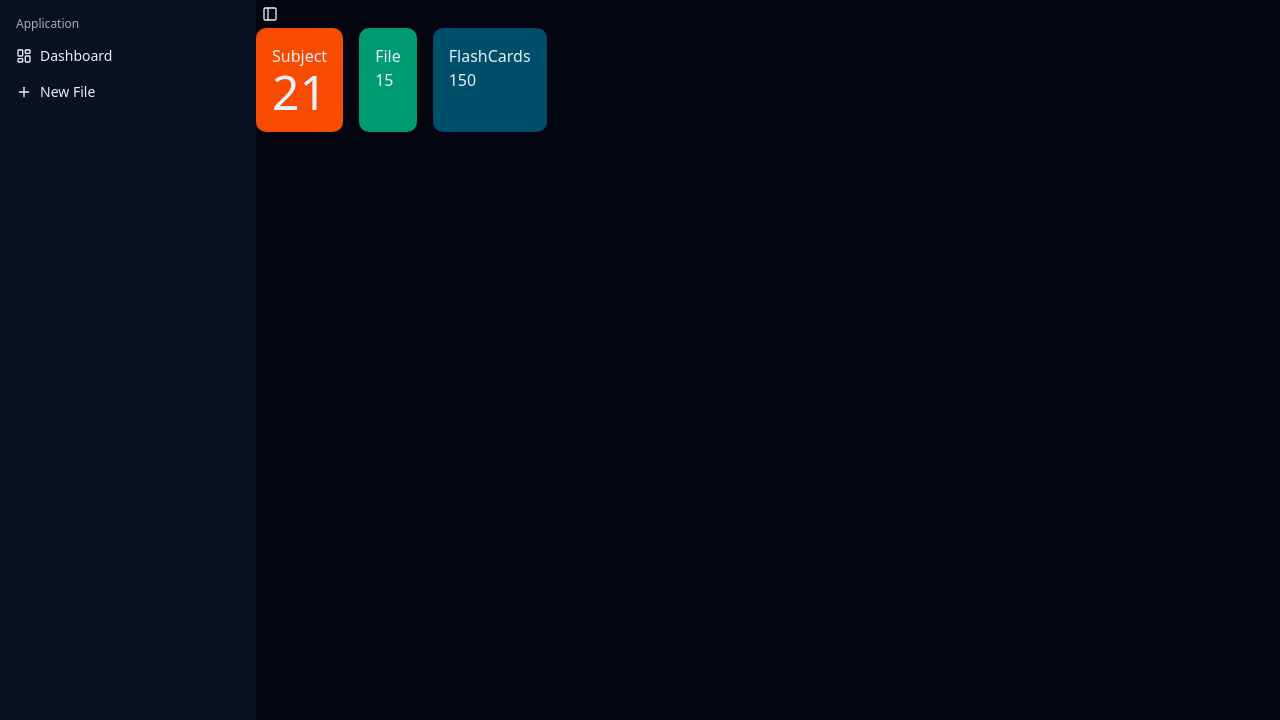
Repository: SywarDer/Student-Assistance
Page: /dashboard (app in student-assistant/)
An editor plug-in stored every save of this project. The page is shown before and after the next save, followed by the edit.
The browser window is 1280 px wide. The pictures show the whole page.
The project was rebuilt for these pictures with package versions that can differ from the ones it lists, and the page was loaded fresh each time. The framework's server and built-in components were replaced by stand-ins that run in the browser. Also part of the build but not shown: student-assistant/next.config.ts, student-assistant/components/ui/input.tsx, student-assistant/components/ui/separator.tsx, student-assistant/components/ui/skeleton.tsx. Imported but missing from the stored project, and not drawn on this page: student-assistant/components/ui/sheet.

Above is the page before, as saved 2025-10-30 19:53:57.

### student-assistant/app/layout.tsx
import type { Metadata } from "next";
import { Geist, Geist_Mono } from "next/font/google";
import "./globals.css";
import { SidebarProvider, SidebarTrigger } from "@/components/ui/sidebar";
import { AppSidebar } from "./home/components/navBar";

const geistSans = Geist({
  variable: "--font-geist-sans",
  subsets: ["latin"],
});

const geistMono = Geist_Mono({
  variable: "--font-geist-mono",
  subsets: ["latin"],
});

export const metadata: Metadata = {
  title: "Create Next App",
  description: "Generated by create next app",
};

export default function RootLayout({
children,
}: Readonly<{
  children: React.ReactNode;
}>) {
  return (
    <html lang="en">
      <body
        className={`${geistSans.variable} ${geistMono.variable} antialiased`}
      >
        <SidebarProvider>
      <AppSidebar />
      <main>
        <SidebarTrigger />
        {children}
         </main>
    </SidebarProvider>
      </body>
    </html>
  );
}

### student-assistant/app/dashboard/page.tsx
export default function Dashboard() {
    return (

        <div className="flex space-x-4">
            <div className="rounded-lg p-4" style={{
                backgroundColor: "var(--chart-1)",
                color: "var(--card-foreground)",
            }}>
                <h1 className="">Subject</h1>
                <h1 className="text-5xl">21</h1>
            </div>
            <div className="rounded-lg p-4" style={{
                backgroundColor: "var(--chart-2)",
                color: "var(--card-foreground)",
            }}>
                <h1>File</h1>
                <h1>15</h1>
            </div>
            <div className="rounded-lg p-4" style={{
                backgroundColor: "var(--chart-3)",
                color: "var(--card-foreground)",
            }}>
                <h1>FlashCards</h1>
                <h1>150</h1>
            </div>
        </div>

    )
}

### student-assistant/app/globals.css
@import "tailwindcss";
@import "tw-animate-css";

@custom-variant dark (&:is(.dark *));

@theme inline {
  --color-background: var(--background);
  --color-foreground: var(--foreground);
  --font-sans: var(--font-geist-sans);
  --font-mono: var(--font-geist-mono);
  --color-sidebar-ring: var(--sidebar-ring);
  --color-sidebar-border: var(--sidebar-border);
  --color-sidebar-accent-foreground: var(--sidebar-accent-foreground);
  --color-sidebar-accent: var(--sidebar-accent);
  --color-sidebar-primary-foreground: var(--sidebar-primary-foreground);
  --color-sidebar-primary: var(--sidebar-primary);
  --color-sidebar-foreground: var(--sidebar-foreground);
  --color-sidebar: var(--sidebar);
  --color-chart-5: var(--chart-5);
  --color-chart-4: var(--chart-4);
  --color-chart-3: var(--chart-3);
  --color-chart-2: var(--chart-2);
  --color-chart-1: var(--chart-1);
  --color-ring: var(--ring);
  --color-input: var(--input);
  --color-border: var(--border);
  --color-destructive: var(--destructive);
  --color-accent-foreground: var(--accent-foreground);
  --color-accent: var(--accent);
  --color-muted-foreground: var(--muted-foreground);
  --color-muted: var(--muted);
  --color-secondary-foreground: var(--secondary-foreground);
  --color-secondary: var(--secondary);
  --color-primary-foreground: var(--primary-foreground);
  --color-primary: var(--primary);
  --color-popover-foreground: var(--popover-foreground);
  --color-popover: var(--popover);
  --color-card-foreground: var(--card-foreground);
  --color-card: var(--card);
  --radius-sm: calc(var(--radius) - 4px);
  --radius-md: calc(var(--radius) - 2px);
  --radius-lg: var(--radius);
  --radius-xl: calc(var(--radius) + 4px);
}

:root {
  --radius: 0.625rem;

  /* Base dark background & text */
  --background: oklch(0.12 0.03 270);        /* Dark gray-blue */
  --foreground: oklch(0.95 0.02 260);        /* Soft white */

  /* Cards & popovers */
  --card: oklch(0.18 0.04 270);              /* Slightly lighter than background */
  --card-foreground: var(--foreground);
  --popover: oklch(0.18 0.04 270);
  --popover-foreground: var(--foreground);

  /* Primary & secondary */
  --primary: oklch(0.6 0.12 260);            /* Deep blue */
  --primary-foreground: var(--foreground);
  --secondary: oklch(0.45 0.08 280);         /* Soft purple */
  --secondary-foreground: var(--foreground);

  /* Muted & accents */
  --muted: oklch(0.2 0.03 270);
  --muted-foreground: oklch(0.7 0.02 260);
  --accent: oklch(0.65 0.15 350);            /* Magenta/pinkish accent */
  --accent-foreground: var(--foreground);

  /* Destructive actions */
  --destructive: oklch(0.6 0.25 30);         /* Dark red */
  --border: oklch(0.3 0.02 270 / 40%);
  --input: oklch(0.15 0.03 270);             /* Slightly darker than card */
  --ring: oklch(0.5 0.03 270);

  /* Charts */
  --chart-1: oklch(0.65 0.22 40);
  --chart-2: oklch(0.6 0.15 170);
  --chart-3: oklch(0.4 0.08 230);
  --chart-4: oklch(0.6 0.18 300);
  --chart-5: oklch(0.55 0.2 50);

  /* Sidebar */
  --sidebar: oklch(0.18 0.04 270);
  --sidebar-foreground: var(--foreground);
  --sidebar-primary: var(--primary);
  --sidebar-primary-foreground: var(--foreground);
  --sidebar-accent: var(--accent);
  --sidebar-accent-foreground: var(--foreground);
  --sidebar-border: oklch(0.3 0.02 270 / 40%);
  --sidebar-ring: oklch(0.5 0.03 270);
}

/* Optional light mode toggle */
.light {
  --background: oklch(0.98 0.02 260);       /* Light gray */
  --foreground: oklch(0.12 0.03 270);       /* Dark text */

  --card: oklch(0.99 0.03 260);
  --card-foreground: var(--foreground);
  --popover: oklch(0.99 0.03 260);
  --popover-foreground: var(--foreground);

  --primary: oklch(0.2 0.05 260);
  --primary-foreground: var(--foreground);
  --secondary: oklch(0.5 0.1 280);
  --secondary-foreground: var(--foreground);

  --muted: oklch(0.85 0.03 270);
  --muted-foreground: oklch(0.35 0.02 260);
  --accent: oklch(0.8 0.2 350);
  --accent-foreground: var(--foreground);

  --destructive: oklch(0.9 0.25 30);
  --border: oklch(0.8 0.02 270 / 30%);
  --input: oklch(0.95 0.03 260);
  --ring: oklch(0.7 0.03 270);

  --chart-1: oklch(0.65 0.22 40);
  --chart-2: oklch(0.6 0.15 170);
  --chart-3: oklch(0.4 0.08 230);
  --chart-4: oklch(0.6 0.18 300);
  --chart-5: oklch(0.55 0.2 50);

  --sidebar: oklch(0.95 0.03 260);
  --sidebar-foreground: var(--foreground);
  --sidebar-primary: var(--primary);
  --sidebar-primary-foreground: var(--foreground);
  --sidebar-accent: var(--accent);
  --sidebar-accent-foreground: var(--foreground);
  --sidebar-border: oklch(0.8 0.02 270 / 30%);
  --sidebar-ring: oklch(0.7 0.03 270);
}



@layer base {
  * {
    @apply border-border outline-ring/50;
  }
  body {
    @apply bg-background text-foreground;
  }
}

### student-assistant/app/home/components/navBar.tsx
import { Calendar, Home, Inbox, LayoutDashboardIcon, PlusIcon, Search, Settings } from "lucide-react"

import {
  Sidebar,
  SidebarContent,
  SidebarGroup,
  SidebarGroupContent,
  SidebarGroupLabel,
  SidebarMenu,
  SidebarMenuButton,
  SidebarMenuItem,
} from "@/components/ui/sidebar"


const items = [
  {
    title: "Dashboard",
    url: "/dashboard",
    icon: LayoutDashboardIcon,
  },
  {
    title: "New File",
    url: "/new-file",
    icon: PlusIcon,
  },

]

export function AppSidebar() {
  return (
    <Sidebar>
      <SidebarContent>
        <SidebarGroup>
          <SidebarGroupLabel>Application</SidebarGroupLabel>
          <SidebarGroupContent>
            <SidebarMenu>
              {items.map((item) => (
                <SidebarMenuItem key={item.title}>
                  <SidebarMenuButton asChild>
                    <a href={item.url}>
                      <item.icon />
                      <span>{item.title}</span>
                    </a>
                  </SidebarMenuButton>
                </SidebarMenuItem>
              ))}
            </SidebarMenu>
          </SidebarGroupContent>
        </SidebarGroup>
      </SidebarContent>
    </Sidebar>
  )
}

### student-assistant/components/ui/button.tsx
import * as React from "react"
import { Slot } from "@radix-ui/react-slot"
import { cva, type VariantProps } from "class-variance-authority"

import { cn } from "@/lib/utils"

const buttonVariants = cva(
  "inline-flex items-center justify-center gap-2 whitespace-nowrap rounded-md text-sm font-medium transition-all disabled:pointer-events-none disabled:opacity-50 [&_svg]:pointer-events-none [&_svg:not([class*='size-'])]:size-4 shrink-0 [&_svg]:shrink-0 outline-none focus-visible:border-ring focus-visible:ring-ring/50 focus-visible:ring-[3px] aria-invalid:ring-destructive/20 dark:aria-invalid:ring-destructive/40 aria-invalid:border-destructive",
  {
    variants: {
      variant: {
        default: "bg-primary text-primary-foreground hover:bg-primary/90",
        destructive:
          "bg-destructive text-white hover:bg-destructive/90 focus-visible:ring-destructive/20 dark:focus-visible:ring-destructive/40 dark:bg-destructive/60",
        outline:
          "border bg-background shadow-xs hover:bg-accent hover:text-accent-foreground dark:bg-input/30 dark:border-input dark:hover:bg-input/50",
        secondary:
          "bg-secondary text-secondary-foreground hover:bg-secondary/80",
        ghost:
          "hover:bg-accent hover:text-accent-foreground dark:hover:bg-accent/50",
        link: "text-primary underline-offset-4 hover:underline",
      },
      size: {
        default: "h-9 px-4 py-2 has-[>svg]:px-3",
        sm: "h-8 rounded-md gap-1.5 px-3 has-[>svg]:px-2.5",
        lg: "h-10 rounded-md px-6 has-[>svg]:px-4",
        icon: "size-9",
        "icon-sm": "size-8",
        "icon-lg": "size-10",
      },
    },
    defaultVariants: {
      variant: "default",
      size: "default",
    },
  }
)

function Button({
  className,
  variant,
  size,
  asChild = false,
  ...props
}: React.ComponentProps<"button"> &
  VariantProps<typeof buttonVariants> & {
    asChild?: boolean
  }) {
  const Comp = asChild ? Slot : "button"

  return (
    <Comp
      data-slot="button"
      className={cn(buttonVariants({ variant, size, className }))}
      {...props}
    />
  )
}

export { Button, buttonVariants }

### student-assistant/components/ui/tooltip.tsx
"use client"

import * as React from "react"
import * as TooltipPrimitive from "@radix-ui/react-tooltip"

import { cn } from "@/lib/utils"

function TooltipProvider({
  delayDuration = 0,
  ...props
}: React.ComponentProps<typeof TooltipPrimitive.Provider>) {
  return (
    <TooltipPrimitive.Provider
      data-slot="tooltip-provider"
      delayDuration={delayDuration}
      {...props}
    />
  )
}

function Tooltip({
  ...props
}: React.ComponentProps<typeof TooltipPrimitive.Root>) {
  return (
    <TooltipProvider>
      <TooltipPrimitive.Root data-slot="tooltip" {...props} />
    </TooltipProvider>
  )
}

function TooltipTrigger({
  ...props
}: React.ComponentProps<typeof TooltipPrimitive.Trigger>) {
  return <TooltipPrimitive.Trigger data-slot="tooltip-trigger" {...props} />
}

function TooltipContent({
  className,
  sideOffset = 0,
  children,
  ...props
}: React.ComponentProps<typeof TooltipPrimitive.Content>) {
  return (
    <TooltipPrimitive.Portal>
      <TooltipPrimitive.Content
        data-slot="tooltip-content"
        sideOffset={sideOffset}
        className={cn(
          "bg-foreground text-background animate-in fade-in-0 zoom-in-95 data-[state=closed]:animate-out data-[state=closed]:fade-out-0 data-[state=closed]:zoom-out-95 data-[side=bottom]:slide-in-from-top-2 data-[side=left]:slide-in-from-right-2 data-[side=right]:slide-in-from-left-2 data-[side=top]:slide-in-from-bottom-2 z-50 w-fit origin-(--radix-tooltip-content-transform-origin) rounded-md px-3 py-1.5 text-xs text-balance",
          className
        )}
        {...props}
      >
        {children}
        <TooltipPrimitive.Arrow className="bg-foreground fill-foreground z-50 size-2.5 translate-y-[calc(-50%_-_2px)] rotate-45 rounded-[2px]" />
      </TooltipPrimitive.Content>
    </TooltipPrimitive.Portal>
  )
}

export { Tooltip, TooltipTrigger, TooltipContent, TooltipProvider }

Loaded but not shown: student-assistant/hooks/use-mobile.ts (common file); student-assistant/lib/utils.ts (common file); student-assistant/components/ui/sidebar.tsx (726 lines, source omitted)

After the next save:
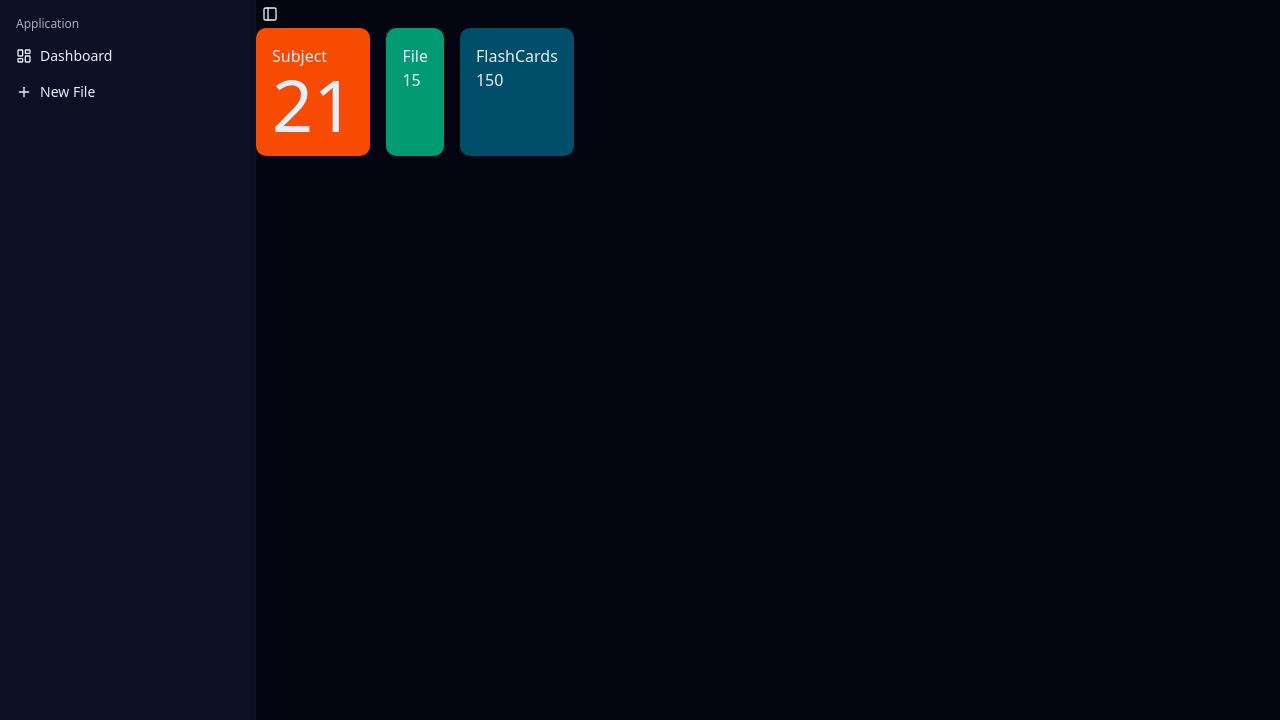
Saved 7 s later.
--- a/student-assistant/app/dashboard/page.tsx
+++ b/student-assistant/app/dashboard/page.tsx
@@ -7,7 +7,7 @@ export default function Dashboard() {
                 color: "var(--card-foreground)",
             }}>
                 <h1 className="">Subject</h1>
-                <h1 className="text-5xl">21</h1>
+                <h1 className="text-7xl">21</h1>
             </div>
             <div className="rounded-lg p-4" style={{
                 backgroundColor: "var(--chart-2)",
